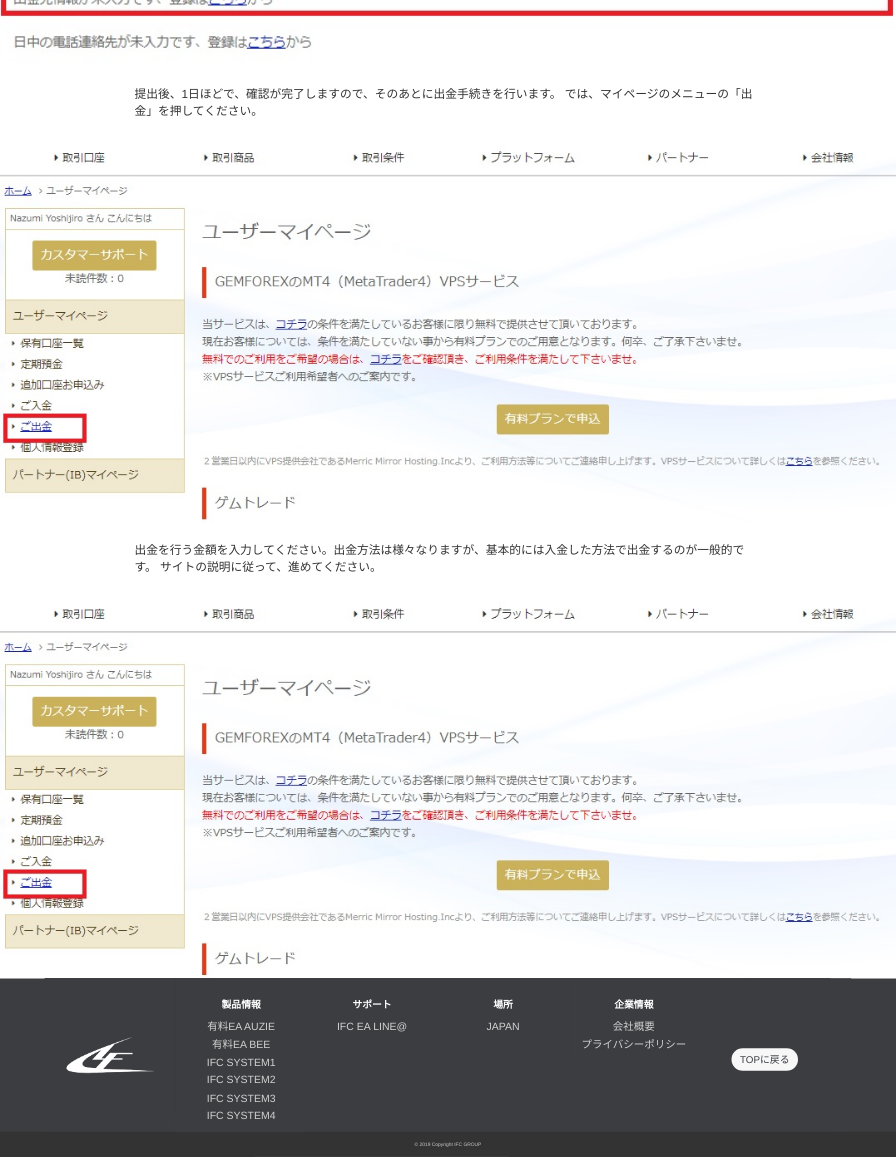
Repository: kkttuu1013/ProjectCeed
Page: http://localhost/start/4
The author's editor kept a record of every edit. The page is drawn from the files as they stood at one moment, then again after the next edit.
The browser window is 1280 px wide. The pictures show the part of the page from y = 1631 to 3551 px (the page is 3284 px tall before and 3551 px after), at 70% of full size.
Some web libraries are served in a nearby version. The page is served by the project's Node server (server.js).

Above is the page before.
Console error: ReferenceError: jQuery is not defined

After the next edit:
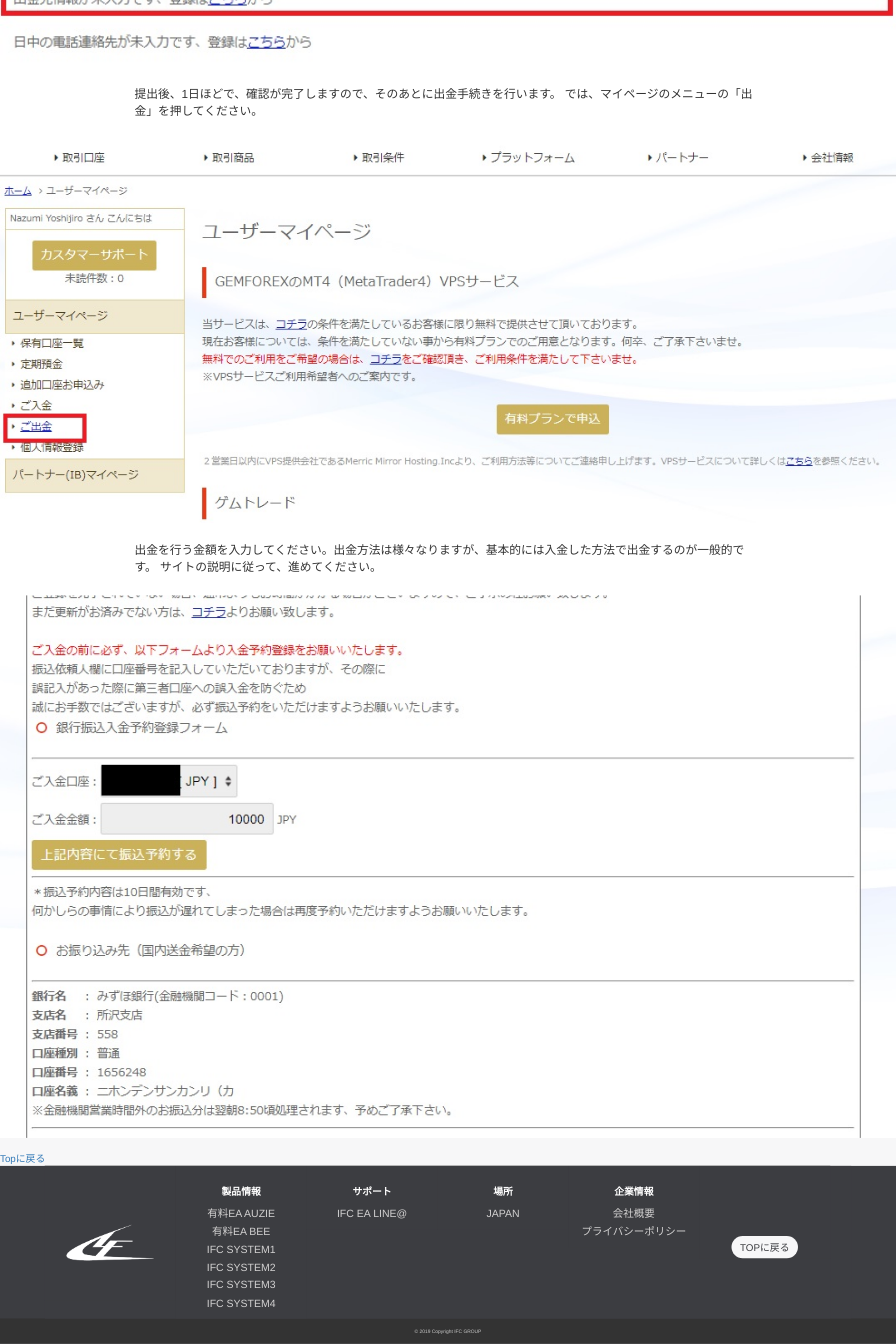
The edit:
--- a/views/back.ejs
+++ b/views/back.ejs
@@ -52,7 +52,12 @@
     </div>
 
      <div class="wrapper5">
-     <img class="responsiveImg" src="/images/24.jpg">
+     <img class="responsiveImg" src="/images/23.jpg">
+     </div>
+
+     <div class="settocenter">
+         <br>
+    <a href="/">Topに戻る</a>
     </div>
 
 
